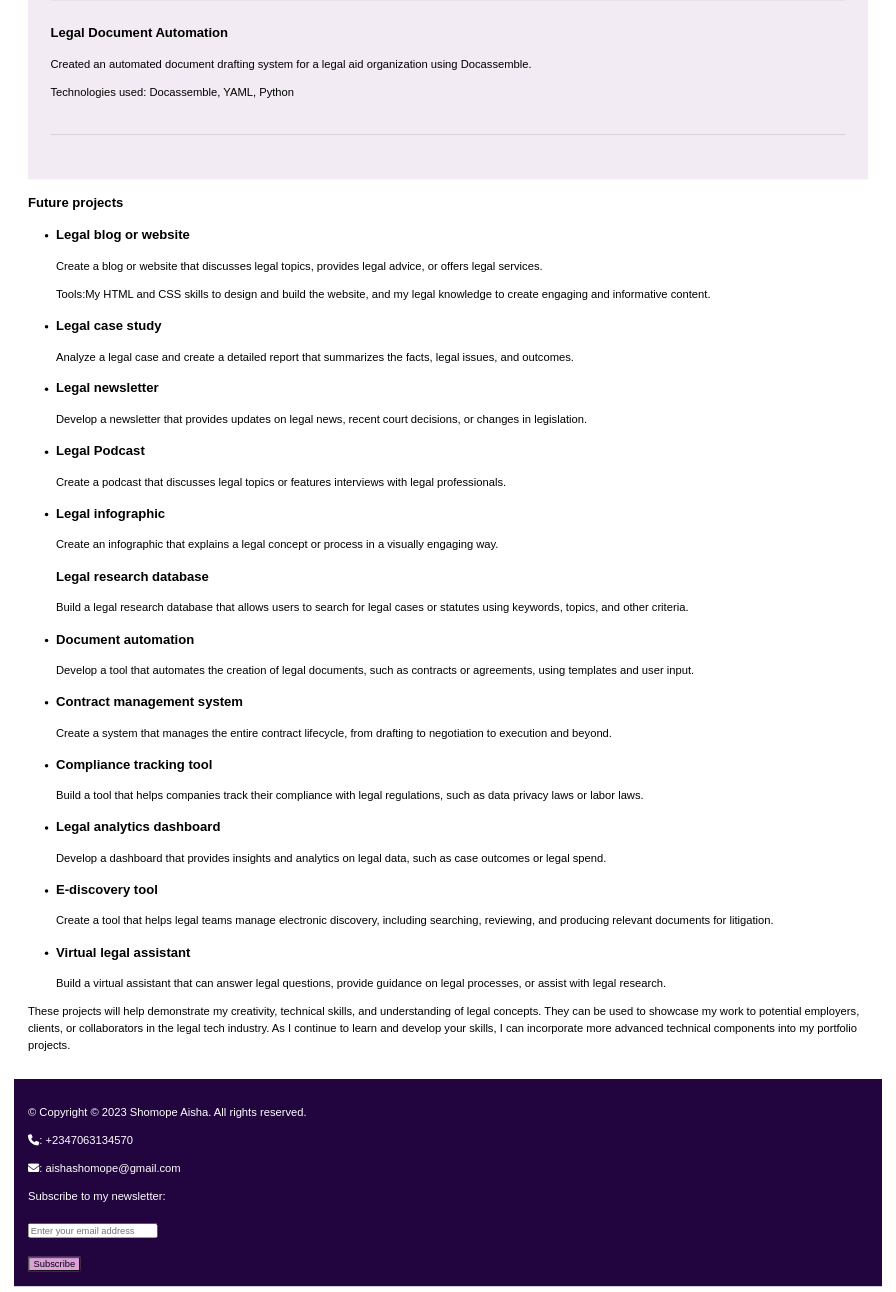
Repository: Iyewande/AishasPortfolio
Page: Index.html
An editor plug-in stored every save of this project. The page is shown before and after the next save, followed by the edit.
The browser window is 1280 px wide. The pictures show the part of the page from y = 1769 to 3689 px (the page is 3614 px tall before and 3689 px after), at 70% of full size.
Some web libraries are served in a nearby version.

Above is the page before, as saved 2023-04-30 23:35:29.

### Index.html
<!DOCTYPE html>
<html lang="en">
    <head>
        <meta charset="UTF-8">
        <meta http-equiv="X-UA-Compatible" content="IE=edge">
        <meta name="viewport" content="width=device-width, initial-scale=1.0">
        <title>My Legal Tech Portfolio</title>
        <link rel="stylesheet" href="Style.css">
        <script src="https://kit.fontawesome.com/dcc74d8766.js" crossorigin="anonymous"></script>
    </head>
    <body>
        <!-- This HTML code creates a simple portfolio website with three main sections: About Me, My Projects, and My Skills.
            The navigation menu allows visitors to easily navigate between the sections of the website. The CSS styling for
            this website is located in a separate style.css file. -->
        <header>
            <h1> Aisha Shomope's Legal Tech Portfolio </h1>
            <nav>
                <ul>
                    <li><a href="#about">About Me</a></li>
                    <li><a href="#skills">My Skills</a></li>
                    <li><a href="#projects">My Projects</a></li>
                    <li><a href="https://www.linkedin.com/in/shomope-aisha-ayobola/"><i class="fa-brands fa-linkedin"></i>LinkedIn</a></li>
                    <li><a href="https://twitter.com/ShomopeAisha"><i class="fa-brands fa-twitter"></i>Twitter</a></li>
                  </ul>
            </nav>
        </header>
        <main>
            <section id="about">
                <div class="main-container"></div>
                <img src="E17CF07F-F5B1-4C94-9C3E-8D25C5FEC29B.jpg" alt="A picture of me" height="500" width="500">
                <h2>About Me</h2>
                <p>Hi there! I'm a legal tech newbie with a passion for using technology to improve legal processes. I'm excited to
                    showcase my work and skills on this portfolio website. But before that, let me give you a little background story about myself.</p>
                <article>
                    As a recent graduate of the University of Ilorin with a bachelor's degree in Common and Islamic law (combined law), I found myself drawn to the world of legal technology. I was fascinated by the potential of technology to solve problems in the legal profession, and I knew that this was where I wanted to focus my career.
                    However, I quickly realized that my knowledge of law alone was not enough to make an impact in legal tech. I needed to learn new skills, particularly in programming languages, in order to truly make a difference. I embarked on a self-study journey to learn programming languages, but I soon found that it was not enough. I needed a structured learning environment, with guidance and mentorship, to truly make progress.
                    That's when I discovered the TIIDELab Prefellowship 3.0 program. The program offered a comprehensive curriculum in tech, with a focus on legal tech, and provided the structure and guidance I needed to succeed. I knew that this was the perfect opportunity for me to transition into tech and achieve my goal of solving problems in the legal profession.
                    I joined the program with a sense of excitement and determination, eager to learn as much as I could. Over the course of the program, I successfully learned HTML and CSS, and I am now looking forward to diving into JavaScript. This milestone is a major achievement for me, and it has given me the confidence to pursue even more ambitious goals in the future.
                    I am thrilled to see what other things I get to accomplish in the future, thanks to the knowledge and skills I have gained through the TIIDELab Prefellowship 3.0 program. With a strong foundation in both law and tech, I am confident that I can make a meaningful impact in the legal tech industry and help drive innovation and progress in the years to come</article>
                <p>When I'm not tinkering with legal tech, I enjoy spending time with loved ones, reading, board games and trying new recipes.</p>
              </section>
              <section id="skills">
                <div class="main-container"></div>
                <h2>My Skills</h2>
                <ul>
                    <li>Legal knowledge</li>
                    <li>Technical Skills</li>
                    <li>Project Management</li>
                    <li>Problem-Solving</li>
                    <li>Communication</li>
                    <li>Continuous learning</li>
                    <li>Attention to detail</li>
                    <li>HTML</li>
                    <li>CSS</li>
                    <li>JavaScript</li>
                    <li>Python</li>
                </ul>
              </section>
              <section id="projects">
                <div class="main-container"></div>
                <h2>My Projects</h2>
                <ul>
                  <li>
                    <h3>Contract Management System</h3>
                    <p>Developed a custom contract management system for a law firm using Python and Django.</p>
                    <p>Technologies used: Python, Django, PostgreSQL</p>
                  </li>
                  <li>
                    <h3>Legal Document Automation</h3>
                    <p>Created an automated document drafting system for a legal aid organization using Docassemble.</p>
                    <p>Technologies used: Docassemble, YAML, Python</p>
                  </li>
                </ul>
              </section>
              <section>
                <h3 id="futureProjects">Future projects</h3>
                <!-- As a complete legal tech newbie with only legal knowledge, HTML, and CSS skills, you can still build a portfolio
                       that showcases your abilities and potential. Here are some project ideas: -->

                <ul>
                    <li>
                        <h3>Legal blog or website</h3>
                        <p>Create a blog or website that discusses legal topics, provides legal advice, or offers legal services.</p>
                        <p>Tools:My HTML and CSS skills to design and build the website, and my legal knowledge to create
                            engaging and informative content.</p>
                    </li>
                    <li>
                        <h3>Legal case study</h3>
                        <p> Analyze a legal case and create a detailed report that summarizes the facts, legal issues, and outcomes.</p>
                    </li>
                    <li>
                        <h3>Legal newsletter</h3>
                        <p>Develop a newsletter that provides updates on legal news, recent court decisions, or changes in legislation.</p>
                    </li>
                    <li>
                        <h3>Legal Podcast </h3>
                        <p>Create a podcast that discusses legal topics or features interviews with legal professionals.</p>
                    </li>
                    <li>
                        <h3>Legal infographic</h3>
                        <p>Create an infographic that explains a legal concept or process in a visually engaging way.</p>
                    </li>
                    <h3>Legal research database</h3>
                    <p>Build a legal research database that allows users to search for legal cases or statutes using keywords, topics, and other criteria.</p>
                    </li>
                    <li>
                        <h3>Document automation</h3>
                        <p>Develop a tool that automates the creation of legal documents, such as contracts or agreements, using templates and user input.</p>
                    </li>
                    <li>
                        <h3>Contract management system</h3>
                        <p>Create a system that manages the entire contract lifecycle, from drafting to negotiation to execution and beyond.</p>
                    </li>
                    <li>
                        <h3>Compliance tracking tool</h3>
                        <p>Build a tool that helps companies track their compliance with legal regulations, such as data privacy laws or labor laws.</p>
                    </li>
                    <li>
                        <h3>Legal analytics dashboard</h3>
                        <p>Develop a dashboard that provides insights and analytics on legal data, such as case outcomes or legal spend.</p>
                    </li>
                    <li>
                        <h3>E-discovery tool</h3>
                        <p>Create a tool that helps legal teams manage electronic discovery, including searching, reviewing, and producing relevant documents for litigation.</p>
                    </li>
                    <li>
                        <h3>Virtual legal assistant</h3>
                        <p>Build a virtual assistant that can answer legal questions, provide guidance on legal processes, or assist with legal research.</p>
                    </li>
                </ul>
              </section>
              <p>These projects will help demonstrate my creativity, technical skills, and understanding of legal concepts.
                They can be used to showcase my work to potential employers, clients, or collaborators in the legal tech industry.
                As I continue to learn and develop your skills, I can incorporate more advanced technical components into my
                portfolio projects.</p>

        </main>
        <!-- footer: contains content that appears at the bottom of the page, such as copyright information. -->
        <footer>
            <div class="footer-container">
                <p>&copy; Copyright © 2023 Shomope Aisha. All rights reserved.</p>
                <div class="contact">
                    <p><i class="fa-sharp fa-solid fa-phone"></i>: +2347063134570</p>
                    <p><i class="fa-solid fa-envelope"></i>: aishashomope@gmail.com</p>
                </div>
                <form action="#" method="post">
                    <label for="subscribe">Subscribe to my newsletter:</label>
                    <br><br>
                    <input type="email" id="subscribe" name="subscribe" placeholder="Enter your email address">
                    <br><br>
                    <button class=btn type="submit">Subscribe</button>
                </form>
            </div>
        </footer>
    </body>
</html>

### Style.css
  /* Specific styles */

  #about {
    background-color: rgb(243, 235, 243);
    padding: 2em;
  }

  #about p {
    margin-bottom: 1em;
  }

  #projects ul {
    list-style: none;
    margin: 0;
    padding: 0;
  }

  #projects li {
    border-bottom: 1px solid #ccc;
    margin-bottom: 2em;
    padding-bottom: 2em;
  }

  #projects h3 {
    margin-top: 0;
  }

  #projects p {
    margin-bottom: 1em;
  }

  #projects {
    background-color: rgb(243, 235, 243);
    padding: 2em;
    #futureProjects {
        background-color: rgb(243, 235, 243);
    padding: 2em;
    }
  }
  #skills ul {
    display: grid;
    grid-template-columns: repeat(auto-fit, minmax(120px, 1fr));
    grid-gap: 1em;
  }

  #skills li {
    background-color: #f7f7f7;
    border: 1px solid #ccc;
    border-radius: 4px;
    padding: 1em;
    text-align: center;
  }
   */
  /* Global Styles */
* {
    box-sizing: border-box;
    margin: 0;
    padding: 0;
}

body {
    font-family: Arial, sans-serif;
    font-size: 16px;
    line-height: 1.5;
}

header, main, footer {
    max-width: 1200px;
    margin: 0 auto;
    padding: 20px;
}

/* Header Styles */
header {
    background-color: rgb(34, 4, 63);
    color: #fff;
}

.header-container {
    display: flex;
    justify-content: space-between;
    align-items: center;
}

nav ul {
    display: flex;
    list-style: none;
}

nav ul li {
    margin: 0 10px;
}

nav ul li a {
    color: #fff;
    text-decoration: none;
}

/* Footer styles */
footer{
    background-color: rgb(34, 4, 63);
    color: #fff;
}
/* Hover Style */
nav ul li a:hover {
    text-decoration: underline;
}

.btn {
    background-color:plum;
}
.btn:hover {
    background-color:purple;
    color: white;
}


/* Focus Style */
input:focus {
    background-color: plum;
  }

/* Pseudo style */
h3{
    font-weight: bold;
}

After the next save:
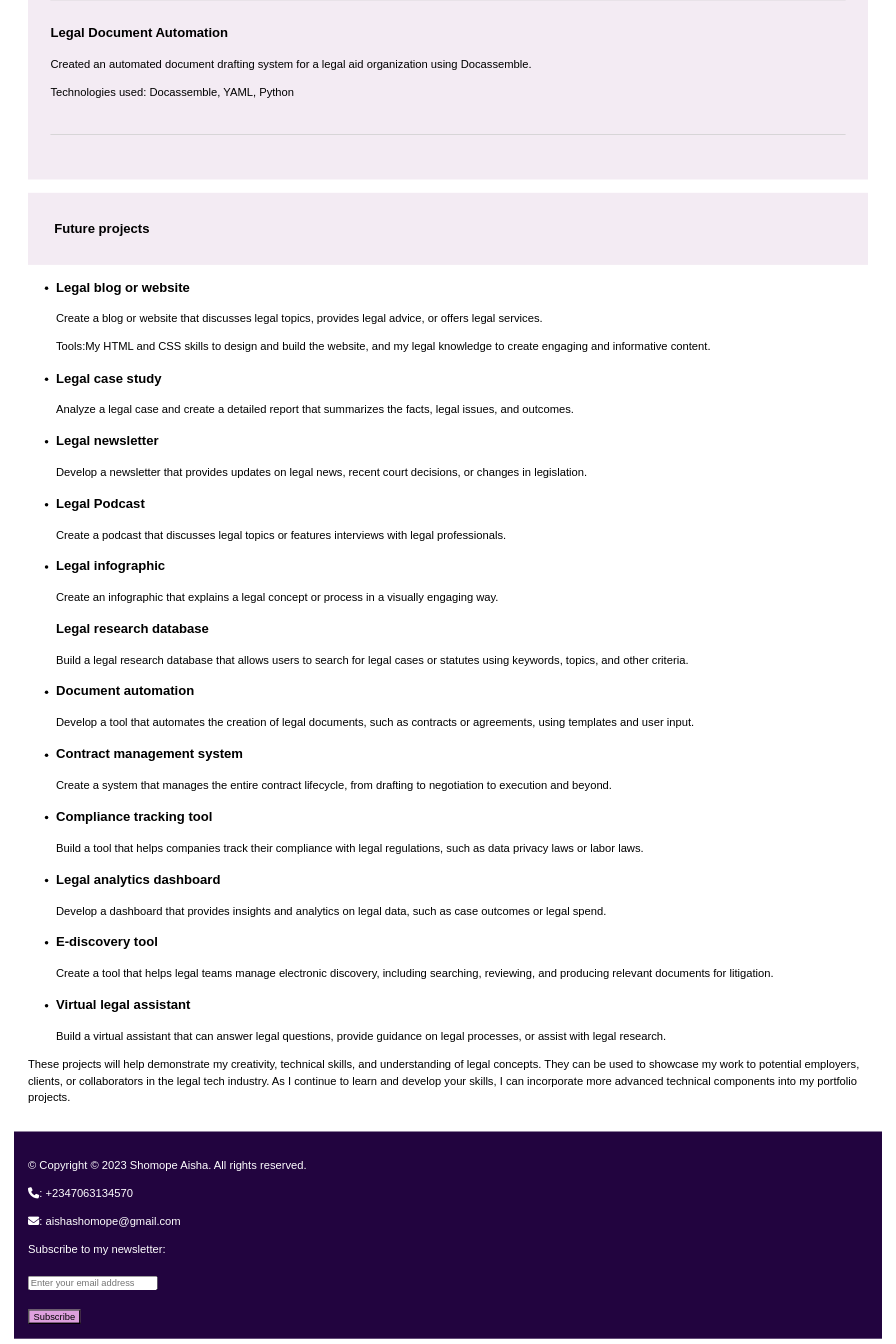
Saved 98 s later.
--- a/Style.css
+++ b/Style.css
@@ -32,11 +32,14 @@
   #projects {
     background-color: rgb(243, 235, 243);
     padding: 2em;
-    #futureProjects {
-        background-color: rgb(243, 235, 243);
+  }
+
+  #futureProjects{
+    background-color: rgb(243, 235, 243);
     padding: 2em;
-    }
   }
+
+
   #skills ul {
     display: grid;
     grid-template-columns: repeat(auto-fit, minmax(120px, 1fr));

After the save that followed:
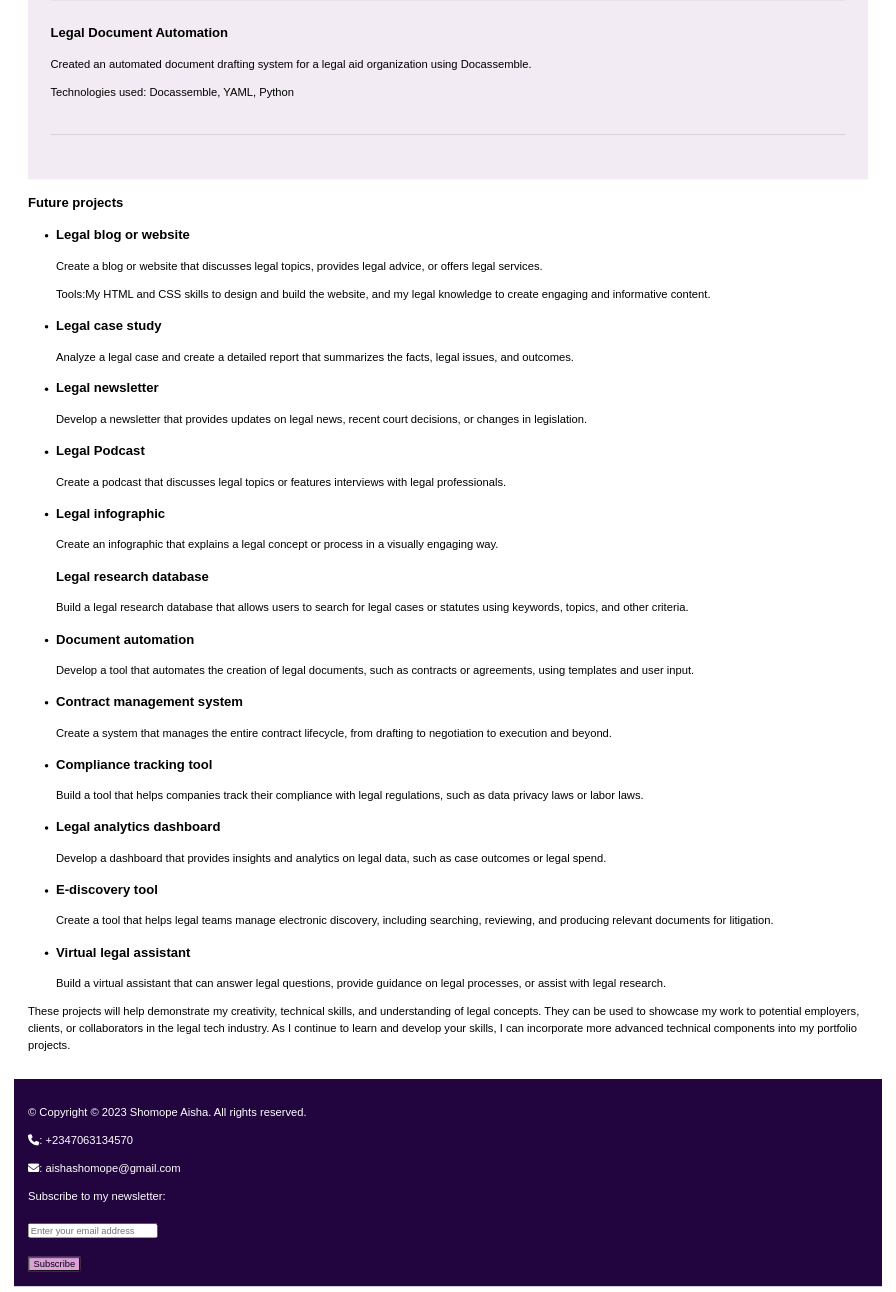
Saved 30 s later.
--- a/Style.css
+++ b/Style.css
@@ -34,7 +34,7 @@
     padding: 2em;
   }
 
-  #futureProjects{
+  #futureProjects ul {
     background-color: rgb(243, 235, 243);
     padding: 2em;
   }
